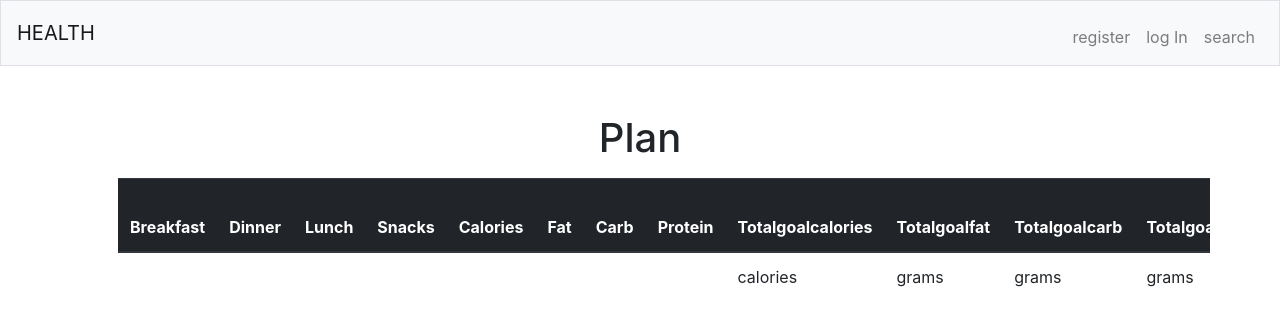
Repository: bahgaat/cs50
Page: templates/plan.html
The author's editor kept a record of every edit. The page is drawn from the files as they stood at one moment, then again after the next edit.
The browser window is 1280 px wide. The pictures show the whole page.
The page is served by the project's application, run on Flask 3 (applications.py). The template is opened directly, without the code that normally fills it, so the values that code supplies are empty.

Above is the page before.

After the next edit:
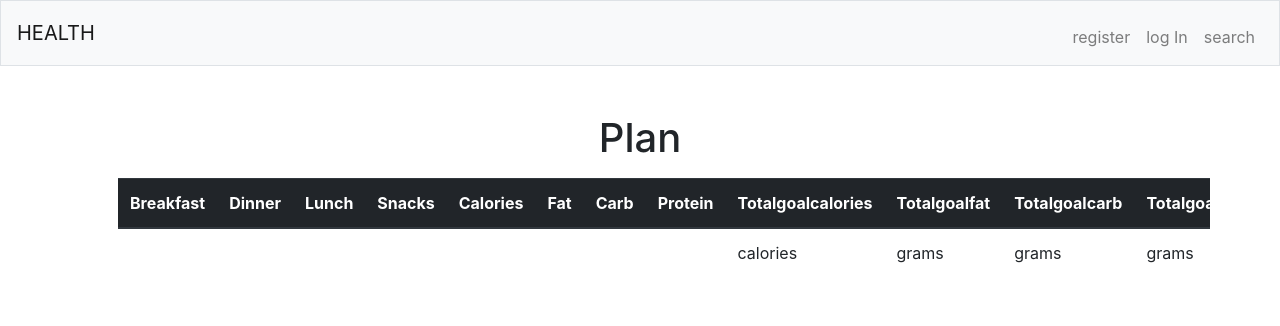
The edit:
--- a/templates/plan.html
+++ b/templates/plan.html
@@ -27,12 +27,12 @@
             <th>Totalgoalprotein</th>
             <th>Caloriesconsumed</th>
             <th>Remainingcalories</th>
-            <th>Fatconsumed in grams</th>
-            <th>Remainingfat in grams</th>
-            <th>Carbconsumed in grams</th>
-            <th>Remainingcarb in grams</th>
-            <th>Proteinconsumed in grams</th>
-            <th>Remainingprotein in grams</th>
+            <th>Fatconsumed</th>
+            <th>Remainingfat</th>
+            <th>Carbconsumed</th>
+            <th>Remainingcarb</th>
+            <th>Proteinconsumed</th>
+            <th>Remainingprotein</th>
             <th>date</th>
             <th>Startdate</th>
         </tr>
